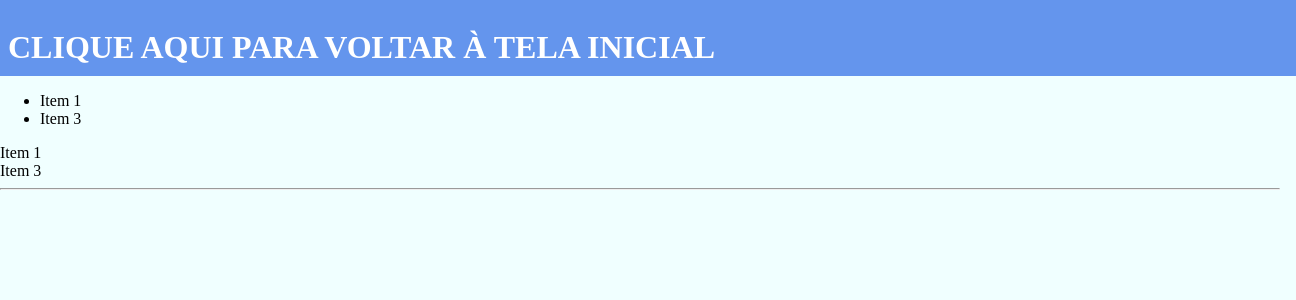
Repository: 2001mariana/jquery
Page: add-and-remove-html-elements.html
These files come from the project's save history. The page is drawn as it stood at one moment and after a run of saves; the edit follows.
The browser window is 1280 px wide. The page is 1296 px wide, then 1280 px, so the pictures cover 1296 px, including what lies to the right of the window. The pictures show the whole page.

Above is the page before, as saved 2022-08-04 15:23:25.

### add-and-remove-html-elements.html

<!DOCTYPE html>
<html lang="pt-br">
	<head>
		<meta charset="UTF-8">
		<title>jQuery</title>

		<script src="https://code.jquery.com/jquery-3.3.1.min.js" integrity="sha256-FgpCb/KJQlLNfOu91ta32o/NMZxltwRo8QtmkMRdAu8=" crossorigin="anonymous"></script>
		<script>

			$(document).ready(() => {

				$('.item2').remove()

			})

		</script>
	</head>

	<body style="margin: 0 auto; background-color: 	#F0FFFF; text-align: justify;">

		<div id="header" style="background-color: #6495ED; height: 60px; width: 100%; padding: 8px;">
			<a href="index.html" style="text-decoration: none; text-transform: uppercase; color:#FFFFFF;"><h1>
				Clique aqui para voltar à tela inicial</h1></a>
		</div>


		<ul id="lista1">
			<li>Item 1</li>
			<li class="item2">Item 2</li>
			<li>Item 3</li>
		</ul>

		<div id="lista2">
			<div>Item 1</div>
			<div class="item2">Item 2</div>
			<div>Item 3</div>
		</div>

		<hr id="linha" />

	</body>

</html>

After the next 4 saves:
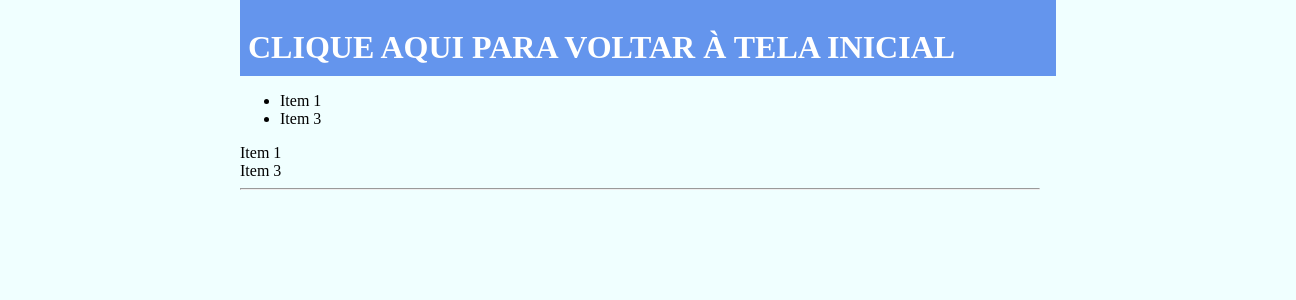
The 4 saves are shown as one change because they came seconds apart.
The last was saved 8 min 17 s later.
--- a/add-and-remove-html-elements.html
+++ b/add-and-remove-html-elements.html
@@ -41,4 +41,8 @@
 
 	</body>
 
+    <script>
+		$("body").css("width", "800px")
+    </script>
+
 </html>
